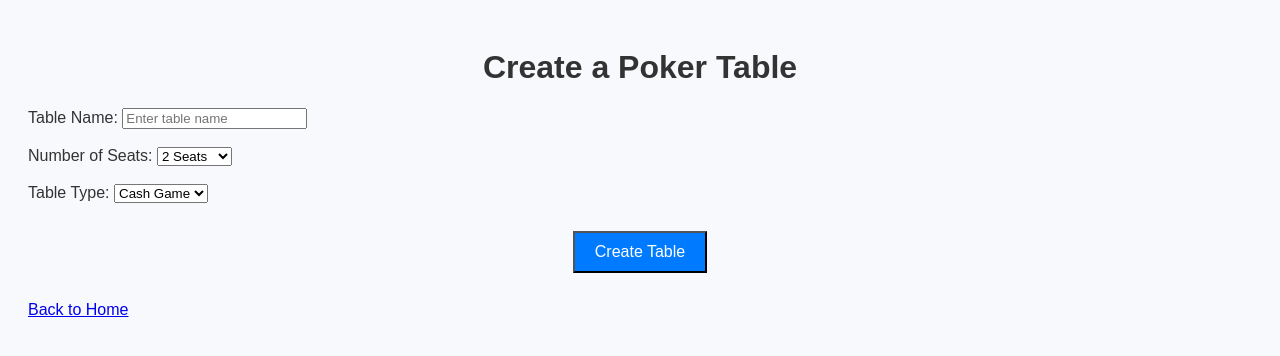
Repository: KidBillionaire/newapp
Page: public/create-table.html
An editor plug-in stored every save of this project. The page is shown before and after the next save, followed by the edit.
The browser window is 1280 px wide. The pictures show the whole page.

Above is the page before, as saved 2024-10-10 16:15:02.

After the next save:
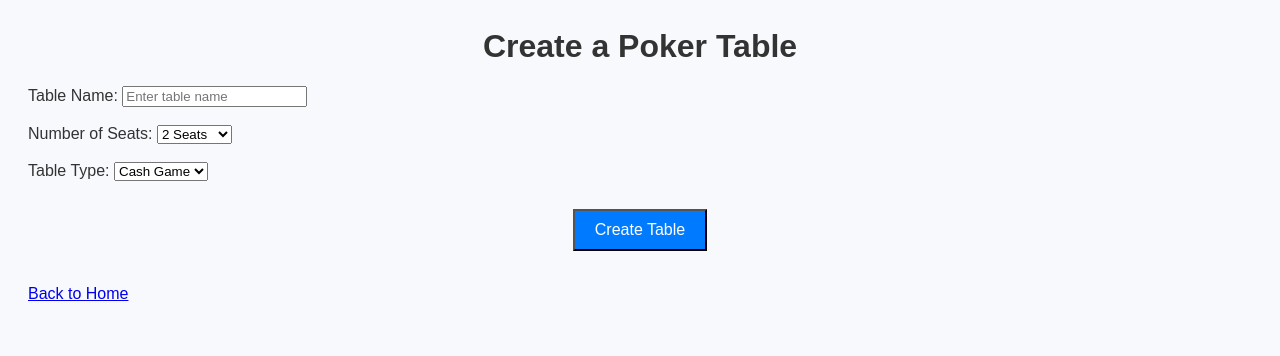
Saved 95 s later.
--- a/public/create-table.html
+++ b/public/create-table.html
@@ -1,12 +1,11 @@
-<!DOCTYPE html>
-<html lang="en">
 <head>
-  <meta charset="UTF-8">
-  <meta name="viewport" content="width=device-width, initial-scale=1.0">
-  <title>Create a Poker Table</title>
-  <link rel="stylesheet" href="styles.css"> <!-- Link to your styles -->
-  <script defer src="/js/createTable.js"></script> <!-- Link to frontend JS for this page -->
-</head>
+    <meta charset="UTF-8">
+    <meta name="viewport" content="width=device-width, initial-scale=1.0">
+    <title>Create a Poker Table</title>
+    <link rel="stylesheet" href="styles.css"> <!-- Link to your existing styles -->
+    <script defer src="/js/createTable.js"></script> <!-- Link to frontend JS for this page -->
+  </head>
+
 <body>
   <h1>Create a Poker Table</h1>
 
